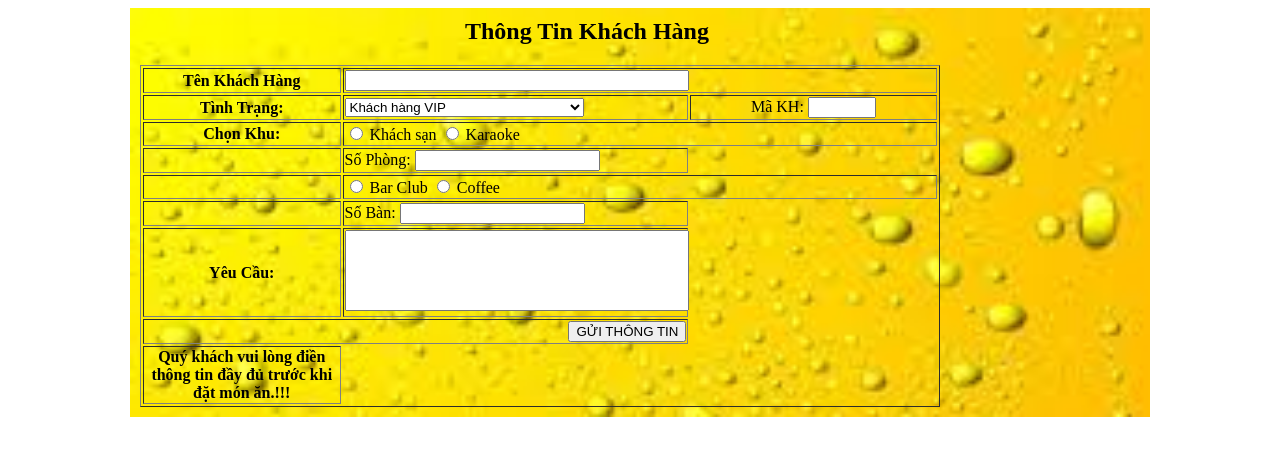
Repository: Tan-Khang21/TH_TKW--Buoi_04
Page: Bai_Tap_Tren_Lop/Bai_02/Frame6.html
These files come from the project's save history. The page is drawn as it stood at one moment and after the next save; the edit follows.
The browser window is 1280 px wide. The pictures show the whole page.

Above is the page before, as saved 2024-03-06 14:26:46.

After the next save:
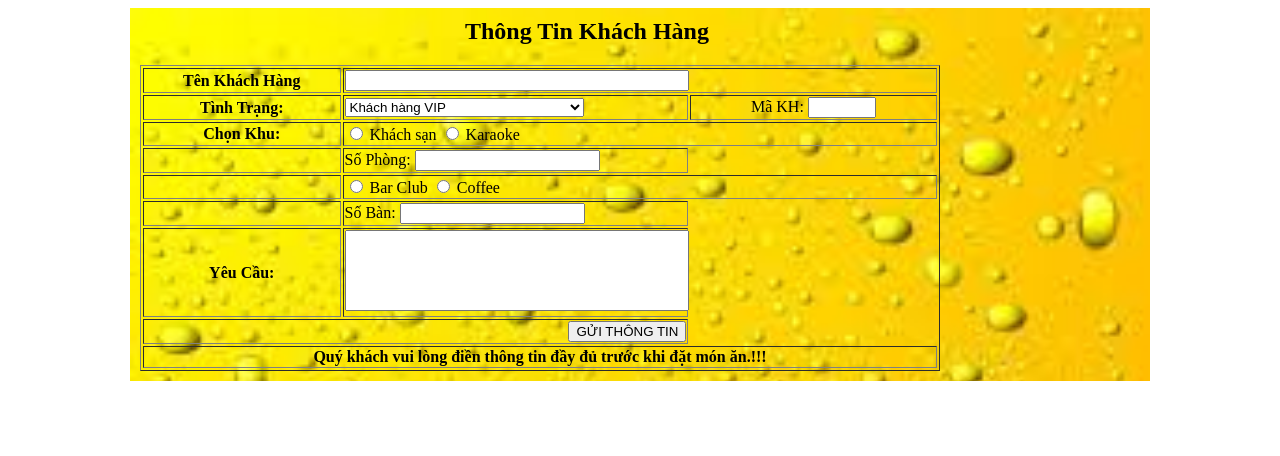
Saved 10 s later.
--- a/Bai_Tap_Tren_Lop/Bai_02/Frame6.html
+++ b/Bai_Tap_Tren_Lop/Bai_02/Frame6.html
@@ -61,7 +61,7 @@
         <td align="right" colspan="2" > <input type="button" value="GỬI THÔNG TIN"></td>
       </tr>
       <tr>
-        <th>Quý khách vui lòng điền thông tin đầy đủ trước khi đặt món ăn.!!!</th>
+        <th colspan="3">Quý khách vui lòng điền thông tin đầy đủ trước khi đặt món ăn.!!!</th>
       </tr>
     </table>
     </div>
